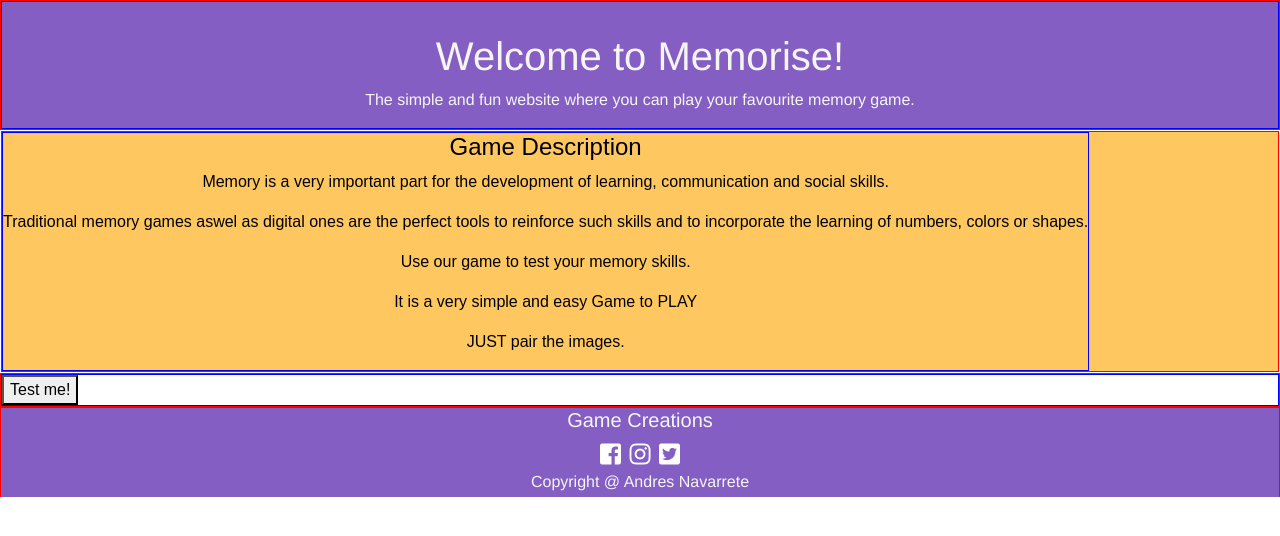
Repository: andna5980/memorise
Page: index.html
An editor plug-in stored every save of this project. The page is shown before and after the next save, followed by the edit.
The browser window is 1280 px wide. The pictures show the whole page.
Some web fonts or font styles are not loaded; a fallback is used. Some web libraries are served in a nearby version.

Above is the page before, as saved 2021-04-26 14:53:14.

### index.html
<!DOCTYPE html>
<html lang="en">

<head>
    <meta charset="UTF-8">
    <meta http-equiv="X-UA-Compatible" content="IE=edge">
    <meta name="viewport" content="width=device-width, initial-scale=1.0">
    <meta name="author" content="Andres Navarrete">
    <meta name="description" content="Web-based Memory Game">
    <title>MEMORISE | GAME</title>
    <link rel="stylesheet" href="https://cdn.jsdelivr.net/npm/bootstrap@4.5.3/dist/css/bootstrap.min.css"
        integrity="sha384-TX8t27EcRE3e/ihU7zmQxVncDAy5uIKz4rEkgIXeMed4M0jlfIDPvg6uqKI2xXr2" crossorigin="anonymous">
    <link rel="stylesheet" href="https://use.fontawesome.com/releases/v5.6.3/css/all.css"
        integrity="sha384-UHRtZLI+pbxtHCWp1t77Bi1L4ZtiqrqD80Kn4Z8NTSRyMA2Fd33n5dQ8lWUE00s/" crossorigin="anonymous">
    <link href="./assets/styles/style.css" rel="stylesheet">

</head>

<body>
    <header>
        <div class="test-red">
            <div class="welcome-test test-blue">
                <h1>Welcome to Memorise!</h1>
                <p>
                    The simple and fun website where you can play your favourite memory game.
                </p>

            </div>
        </div>
    </header>


    <div class="game-description row test-red">
        <div class="test-blue">
            <h4>Game Description</h4>
            <p>
                Memory is a very important part for the development of learning, communication and social skills.
            </p>
            <p>Traditional memory games aswel as digital ones are the perfect tools to reinforce such skills and to
                incorporate the learning of numbers, colors or shapes.</p>
            Use our game to test your memory skills.
            </p>
            <p>It is a very simple and easy Game to PLAY</p>
            <p> JUST pair the images. </p>
        </div>
    </div>

    <div class="game-area test-red">
        <div class="Game-area test-blue">
            <button id="button">Test me!</button>
        </div>
    </div>




    <footer>
        <div class="social-networks test-red">
            <h5>Game Creations</h5>

            <a href="http://facebook.com" target="_blank"><i class="fab fa-facebook-square"></i></a>

            <a href="http://instagram.com" target="_blank"><i class="fab fa-instagram"></i></a>

            <a href="http://twitter.com" target="_blank"><i class="fab fa-twitter-square"></i></a>

            <h6>Copyright @ Andres Navarrete</h6>

        </div>


    </footer>

</body>

</html>

### assets/styles/style.css
@import url('https://fonts.googleapis.com/css2?family=Amatic+SC&family=Original+Surfer&display=swap');

body {
    font-family: Arial, Helvetica, sans-serif;
    color: whitesmoke;
    max-width: 2000px;
}

header {
    font-family: Original Surfer, Amatic, Helvetica;
    color: whitesmoke;
    background-color: #845EC2;
}


/*   ROWS AND COLUMM AREAS   */
.test-red{
    border:1px solid red
}

.test-blue {
    border: 1px solid blue;
}

/*------------------------------------------HEADER------------------------*/

.welcome-test {
    text-align: center;
    margin-top: 25px 0;
    padding-top: 30px;
}









/*----------------------------------GAME DESCRIPTION -----------------------*/

.game-description {
    margin: 1px;
    background-color: #FFC75F;
    color: black;
    text-align: center;
}










/*--------------------------------GAME AREA--------------------------------*/

.game-area-box {
    background-color: black;

}





/*--------------------------------FOOTER--------------------------------*/

footer {
    font-family: Original Surfer, Amatic, Helvetica;
    color: whitesmoke;
    background-color: #845EC2;
    height: 90px;
    width: 100%;
    overflow: hidden;
}

.social-networks {
    text-align: center;
}

.social-networks a {
    color: white;
    margin: 1px;
    padding: 1px;
    display: inline-block;
    transition: all 0.35s ease-in-out;
    -moz-transition: all 0.35s ease-in-out;
    -webkit-transition: all 0.35s ease-in-out;
    -o-transition: all 0.35s ease-in-out;
}

.social-networks a i:hover {
    color:#F9F871;
}

.social-networks i {
    font-size: 150%;
}

After the next save:
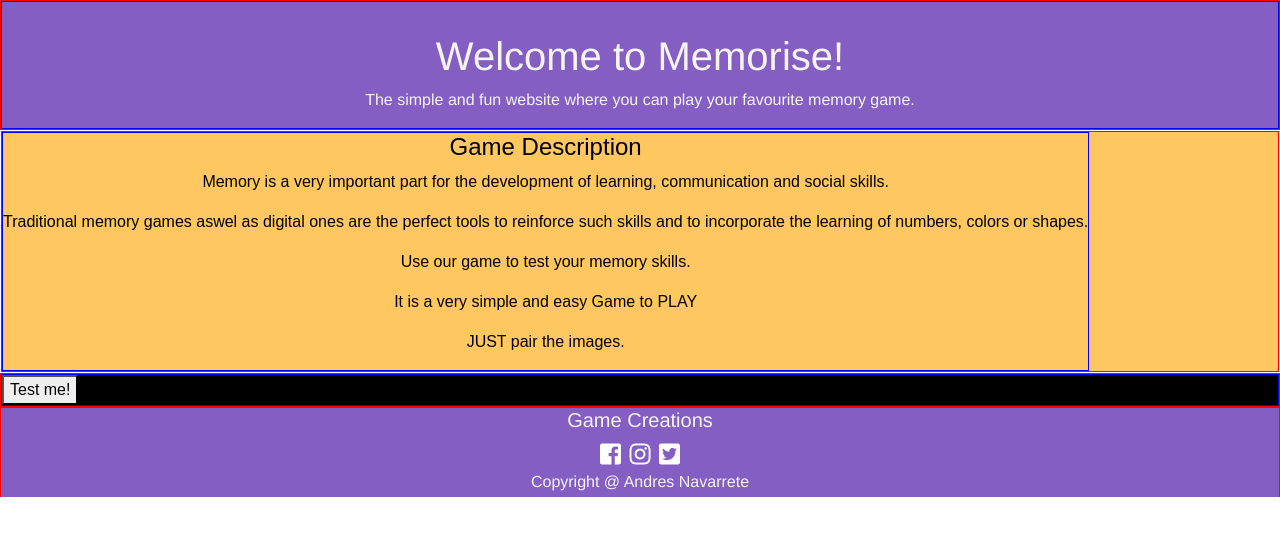
Saved 2 s later.
--- a/index.html
+++ b/index.html
@@ -46,7 +46,7 @@
     </div>
 
     <div class="game-area test-red">
-        <div class="Game-area test-blue">
+        <div class="game-area-box test-blue">
             <button id="button">Test me!</button>
         </div>
     </div>
